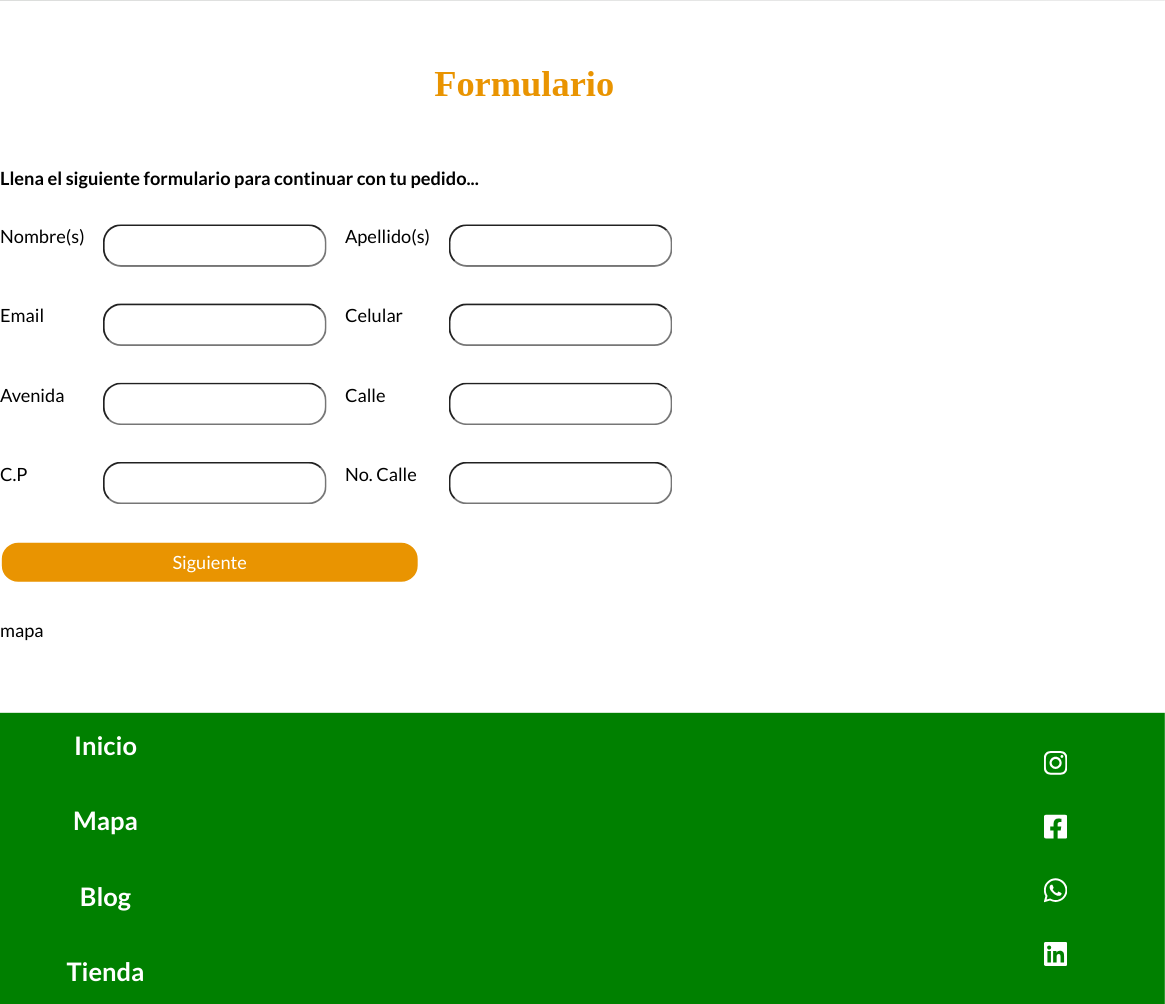
Repository: CarlosCamposRodriguez99/cv-beta-frontend
Page: /mapa
These files come from the project's save history. The page is drawn as it stood at one moment and after the next save; the edit follows.
The browser window is 1280 px wide. The pictures show the part of the page from y = 219 to 1322 px (the page is 1322 px tall before and 1282 px after), at 91% of full size.
Some web fonts or font styles are not loaded; a fallback is used. The project was rebuilt for these pictures with package versions that can differ from the ones it lists, and the page was loaded fresh each time. The framework's server and built-in components were replaced by stand-ins that run in the browser. Also part of the build but not shown: next.config.js.

Above is the page before, as saved 2022-05-06 18:19:13.

### pages/_app.js
import { useState, useEffect } from 'react';
import '../styles/normalize.css';
import '../styles/globals.css';

function MyApp({ Component, pageProps }) {

  const [carrito, setCarrito] = useState([]);

  useEffect(() => {
    const carritoLS = JSON.parse(localStorage.getItem('carrito')) ?? [];
    setCarrito(carritoLS);

  }, [])

  useEffect(() => {
    localStorage.setItem("carrito", JSON.stringify(carrito));

  }, [carrito])

  const agregarCarrito = (producto) => {
    if(carrito.some((articulo) => articulo.id === producto.id)) {
      const carritoActualizado = carrito.map( articulo => {
        if(articulo.id === producto.id) {
          articulo.cantidad = producto.cantidad
        }
        return articulo;
      });

      setCarrito(carritoActualizado);
    } else {
      setCarrito([...carrito, producto]);
    }
  };

  const actualizarCantidad = (producto) => {
    const carritoActualizado = carrito.map((articulo) => {
      if(articulo.id === producto.id) {
        articulo.cantidad = producto.cantidad
      }
      return articulo;
    });

    setCarrito(carritoActualizado);
  };

  const eliminarProducto = id => {
    const carritoActualizado = carrito.filter( articulo => articulo.id !== id)
    setCarrito(carritoActualizado);
  }


  return <Component {...pageProps}
    carrito={carrito}
    agregarCarrito={agregarCarrito}
    actualizarCantidad={actualizarCantidad}
    eliminarProducto={eliminarProducto}

  />
}

export default MyApp

### pages/mapa.js
import Layout from '../components/Layout';
import styles from '../styles/Mapa.module.css';

const Mapa = () => {
  return (
    <Layout
      pagina='Mapa'
    >
      <div className={styles.head}>
        <h2 className={styles.titulo}>Formulario</h2>
        <p className={styles.descripcion}>Llena el siguiente formulario para continuar con tu pedido...</p>
        <form>
          <div className={styles.contenido}>
            <label
              className="block uppercase text-slate-800 font-bold text-xl"
              htmlFor="nombre"
            >Nombre(s) </label>

              <input
                type="text"
                id="nombre"
                className={styles.borde}
              />

            <label
              className="block uppercase text-slate-800 font-bold text-xl"
              htmlFor="apellido"
            >Apellido(s) </label>

              <input
                type="text"
                id="apellido"
                className={styles.borde}
              />

            <label
              className="block uppercase text-slate-800 font-bold text-xl"
              htmlFor="email"
            >Email </label>

              <input
                type="text"
                id="email"
                className={styles.borde}
              />

            <label
              className="block uppercase text-slate-600 font-bold text-xl"
              htmlFor="celular"
            >Celular </label>

              <input
                type="text"
                id="celular"
                className={styles.borde}
              />

            <label
              className="block uppercase text-slate-600 font-bold text-xl"
              htmlFor="avenida"
            >Avenida</label>

              <input
                type="text"
                id="avenida"
                className={styles.borde}
              />

            <label
              className="block uppercase text-slate-600 font-bold text-xl"
              htmlFor="calle"
            >Calle </label>

              <input
                type="text"
                id="calle"
                className={styles.borde}
              />

            <label
              className="block uppercase text-slate-600 font-bold text-xl"
              htmlFor="codigoPostal"
            >C.P </label>

              <input
                type="text"
                id="codigoPostal"
                className={styles.borde}
              />

            <label
              className="block uppercase text-slate-600 font-bold text-xl"
              htmlFor="numeroCalle"
            >No. Calle </label>

              <input
                type="text"
                id="numeroCalle"
                className={styles.borde}
              />
          </div>
        </form>


        <div className={styles.campo}>
          <input
            value="Siguiente"
            className={styles.boton}
            type="submit"

          />
        </div>
      </div>

      <div className={styles.head}>
        <div className={styles.contenido}>
          <p>mapa</p>
        </div>

      </div>



    </Layout>


  )
}

export default Mapa;


// css-border: en input: "bg-gray-200 w-full lg:w-1/3 mt-3 p-2 rounded-md"

### styles/globals.css
@import url('https://fonts.googleapis.com/css2?family=Lato:ital,wght@0,700;1,400&family=Roboto+Slab:wght@400;700&display=swap');
@import url('https://fonts.googleapis.com/css2?family=Lato:wght@400;700;900&family=Libre+Bodoni:ital,wght@1,600;1,700&display=swap');

:root {
  --primary: #e99401;
  --negro: #262626;
  --verde: #008000;
  --blanco: #FFF;
  --fuente-principal: 'Outfit', sans-serif;
}
html {
  font-size: 62.5%;
  box-sizing: border-box;
}

@media(max-width:1200px) {
  html {
    display: flex;
    flex: 1;
  }
}
/*IPAD*/
@media(max-width:820px) {
  .html {
    display: flex;
  }
}
/*IPHONE 7 8 */
@media(min-width:300px) {
  .html {
    display: flex;
    flex: 1;
  }
}

*, *:before, *:after {
  box-sizing: inherit;
}
body {
  font-size: 2rem;
  font-family: 'Lato', sans-serif;
  line-height: 1.1;
}
img {
  max-width: 100%;
}
h1, h2, h3 {
  font-family: 'Lato', sans-serif;
  font-weight: 700;
}
[class*="contenedor"] {
  max-width: 120rem;
  margin: 0 auto;
  width: 90%;
}


[class*="heading"] {
  font-family: 'Libre Bodoni', serif; /* */
  font-size: 4rem;
  text-align: center;
  font-weight: 900;
  color: var(--primary);
  margin: 5rem 0;
}

### components/Layout.js
import Head from 'next/head'
import Header from './Header';
import Footer from './Footer';

const Layout = ({children, pagina, guitarra}) => {
  return (
    <div>
      <Head>
        <title>Plantas Tienda- {pagina}</title>
        <meta name="description" content="Sitio web de venta de plantas"/>
      </Head>

      <Header
        guitarra={guitarra}
      />

      {children}

      <Footer />

    </div>
  )
}

Layout.defaultProps = {
  guitarra: null
}

export default Layout;

### styles/Mapa.module.css
.titulo {
  font-family: 'Libre Bodoni', serif; /* */
  font-size: 4rem;
  text-align: center;
  font-weight: 900;
  color: var(--primary);
  margin: 5rem 0;
}

.descripcion {
  font-size: 2rem;
  font-weight: 700;
}

@media(min-width: 300px) {
  .descripcion {
    text-align: left;
  }
}

@media(min-width: 1200px) {
  .descripcion {
    text-align: left;
  }
}

.head {
  max-width: 120rem;
  margin: 2rem 2rem 0 0;
  width: 90%;
  display: grid;
}

.campo {
  width: 50%;
}

@media(min-width: 300px) {
  .campo {
    width: 100%;
    justify-content: center;
  }
}

@media(min-width: 1200px) {
  .campo {
    width: 40%;
  }
}

.boton {
  background-color: var(--primary);
  border: 2px solid #FFF;
  width: 100%;
  cursor: pointer;
  color: var(--blanco);
  justify-content: center;
  margin-top: 4rem;
  padding: 1rem;
  border-radius: 2rem;
  -webkit-border-radius: 2rem;
  -moz-border-radius: 2rem;
  -ms-border-radius: 2rem;
  -o-border-radius: 2rem;
}

.boton:hover {
  background-color: var(--negro);
  color: var(--blanco);
}

.borde {
  background-color: var(--blanco);
  margin-top: 2rem;
  padding: 1rem;
  border-radius: 2rem;
  -webkit-border-radius: 2rem;
  -moz-border-radius: 2rem;
  -ms-border-radius: 2rem;
  -o-border-radius: 2rem;
}

.contenido {
  display: grid;
  gap: 4rem;
  width: 50%;
}


/*aqui el mapa perro */
.campomapa {
    gap: 4rem;
    display: grid;
    align-items: center;
    width: 100%;
}


@media(min-width: 300px) {
  .contenido {
    gap: 4rem;
    display: grid;
    grid-template-columns: repeat(2, 1fr);
    align-items: center;
  }
}

@media(min-width: 820px) {
  .contenido {
    gap: 2rem;
    display: grid;
    width: 30%;
  }
}

@media(min-width:1200px) {
  .contenido {
    grid-template-columns: repeat(4, 1fr);
    align-items: center;
  }
}

### components/Header.js
import Link from 'next/link'
import Image from 'next/image'
import { useRouter } from 'next/router'
import styles from "../styles/Header.module.css"

const Header = ({guitarra}) => {
  const router = useRouter()
  return (
      <header className={styles.header}>
      <div className="contenedor">
        <div className={styles.barra}>
          <Link href="/">
            <a><Image
              width={100}
              height={100}
              src="/img/logo.png"
              layout='fixed'
              alt="Imagen logo" />
            </a>
          </Link>


          <nav className={styles.navegacion}>
            <Link href="/">Inicio</Link>
            <Link href="/mapa">Mapa</Link>
            <Link href="/blog">Blog</Link>
            <Link href="/tienda">Tienda</Link>
            <Link href="/carrito">
              <a>
                <Image layout="fixed" width={30} height={25} src="/img/carrito.png" alt="Imagen carrito"/>
              </a>
            </Link>
          </nav>
        </div>

        {guitarra && (
          <div className={styles.modelo}>
            <h1>Promoción Especial</h1>
            <p>{guitarra.descripcion}</p>
            <p className={styles.precio}>${guitarra.precio}</p>
            <Link href={`/guitarras/${guitarra.url}`}>
              <a className={styles.enlace}>
                  Ver Producto
              </a>
            </Link>
          </div>
        )}
      </div>

      {router.pathname === '/' && (
        <div className={styles.guitarra}>
          <Image layout='fixed' width={500} height={1200} src='/img/' alt='imagen planta header' />
        </div>
      )}


      </header>
  )
}

export default Header;

### components/Footer.js
import Link from 'next/link'
import styles from '../styles/Footer.module.css'

const Footer = () => {

  const year = new Date().getFullYear();

  return (
    <footer className={styles.footer}>
      <div className={`contenedor ${styles.contenido}`}>
          <nav className={styles.navegacion}>
            <Link href="/">Inicio</Link>
            <Link href="/mapa">Mapa</Link>
            <Link href="/blog">Blog</Link>
            <Link href="/tienda">Tienda</Link>
          </nav>


          <ul className={styles.ul}>
            <li className={styles.list}>
              <a
                className={styles.iconoInsta}
                href="https://www.instagram.com/"
              ></a>
              <a
                className={styles.iconoFace}
                href="https://www.facebook.com/"
              ></a>
              <a
                className={styles.iconoWhats}
                href="https://web.whatsapp.com/"
              ></a>
              <a
                className={styles.iconoLinke}
              ></a>
            </li>
          </ul>

      </div>
    </footer>
  )
}

export default Footer;

### styles/Header.module.css
.header {
  background-image: linear-gradient(to right, rgba(10, 20, 10, 0.7), rgba(10, 10, 10, 0.4)), url(../public/img/background3.jpg);
  background-size: cover;
  background-position: 50%;
  padding: 5rem 0;
  position: relative;
}

/*IPAD*/
@media(max-width:820px) {
  .html {
    flex: 1;
  }
}
/*IPHONE 6,7,8*/
@media(min-width:300px) {
  .html {
    display: flex;
    flex: 1;
  }
}

.barra {
  display: flex;
  flex-direction: column;
  align-items: center;
}
@media(min-width:400px) {
  .barra {
    margin-right: 6rem 3rem;
  }
}
@media(min-width:768px) {
  .barra {
    flex-direction: row;
    justify-content: space-between;
  }
}
.navegacion {
  margin-top: 5rem;
  display: flex;
  gap: 4rem;
  position: relative;
  z-index: 1;
}
@media(min-width:768px) {
  .navegacion {
    margin-top: 0;
  }
}
@media(min-width:300px) {
  .navegacion {
    margin: 4rem 0;
    gap: 1.6rem;
  }
}
.navegacion a {
  color: var(--blanco);
  text-decoration: none;
  font-size: 1.8rem;
  font-weight: 700;
  text-transform: uppercase;
  padding: .5rem;
  transition-property: background-color;
  transition-duration: .8s;
}
.navegacion a:hover {
  background-color: var(--primary);
}
.modelo {
  color: var(--blanco);
  margin-top: 5.2rem;
  text-align: center;
}
@media(min-width:768px) {
  .modelo {
    text-align: left;
    width: 50%;
  }
}

.modelo h1 {
  font-size: 5rem;
  font-weight: 600;
  color: var(--blanco);
  font-family: 'Libre Bodoni', serif;
}

.modelo p:first-of-type {
  display: -webkit-box;
  -webkit-box-orient: vertical;
  -webkit-line-clamp: 3;
  overflow: hidden;
  font-size: 2.2rem;
}
.precio {
  font-size: 6rem;
  color: var(--primary);
  font-weight: 900;
  line-height: 0;
}
.enlace {
  margin-top: 2rem;
  text-decoration: none;
  text-align: center;
  text-transform: uppercase;
  font-size: 1.2rem;
  font-weight: 900;
  color: var(--blanco);
  border: 2px solid var(--primary);
  padding: 1rem 5rem;
  transition-property: background-color;
  transition-duration: .5s;
}
.enlace:hover {
  background-color: var(--primary);
  color: var(--blanco);
}
.guitarra {
  display: none;
}
@media(min-width:992px) {
  .guitarra {
    display: block;
    position: absolute;
    right: 0;
    bottom: -10px;
    animation-name: mostrarImagen;
    animation-duration: 1s;
    animation-iteration-count: 2;
    animation-delay: 0s;
    animation-timing-function: ease-in-out;
  }
}

@keyframes mostrarImagen {
  0% {
    opacity: 0;
    transform: translateX(-10rem);
}
  50% {
    opacity: 0;
  }

  100% {
    opacity: 1;
    transform: translateX(0);
  }
}

### styles/Footer.module.css
.footer {
  background-color: var(--verde);
  padding: 2rem 1rem;
  margin-top: 6rem;
  display: flex;
}
@media(min-width:768px) {
  .contenido {
    display: flex;
    justify-content: space-between;
    gap: 4rem;
  }
}

.navegacion {
  display: flex;
  flex-direction: row;
  align-items: center;
}

@media(min-width: 768px) {
  .navegacion {
    flex-direction: row;
    gap: 6rem;
    justify-content: space-between;
  }
}
@media(min-width: 1200px) {
  .navegacion {
    display: flex;
    flex-direction: row;
    gap: 4rem;
  }
}
@media(min-width:640px) {
  .navegacion {
    flex-direction: column;
    gap: 2rem;
  }
}
@media(min-width:300px) {
  .navegacion {
    flex-direction: column;
    gap: 4rem;
  }
}
.navegacion a {
  text-decoration: none;
  font-size: 2.8rem;
  color: var(--blanco);
  font-weight: 700;
}

.navegacion a:hover {
  color: var(--primary);
}

.copyright {
  display: flex;
  flex-direction: row;
  align-items: center;
  color: var(--blanco);
  text-align: center;
  font-size: 2.5rem;
  font-weight: 500;
}
@media(min-width:1200px) {
  .copyright {
    flex-direction: column;
    align-items: center;
    text-align: center;
    font-size: 1em;
    font-weight: 100;
  }
}
@media(min-width:640px) {
  .copyright {
    flex-direction: column;
    align-items: center;
    text-align: center;
    font-size: 1em;
    font-weight: 100;
  }
}
.list {
  display: flex;
  gap: 4rem;
  flex-direction: column;
  align-items: center;
}
@media(min-width:1200px) {
  .list {
    flex-direction: column;
  }
}

.iconoInsta {
  background-image: url("../public/img/instagram-brands.svg");
  padding: 3rem;
  cursor: pointer;
  padding-bottom: 0;
  background-repeat: no-repeat;
}
.iconoFace {
  background-image: url("../public/img/facebook-square-brands.svg");
  padding: 3rem;
  cursor: pointer;
  padding-bottom: 0;
  background-repeat: no-repeat;
}
.iconoWhats {
  background-image: url("../public/img/whatsapp-brands.svg");
  padding: 3rem;
  cursor: pointer;
  padding-bottom: 0;
  background-repeat: no-repeat;
}
.iconoLinke {
  background-image: url("../public/img/linkedin-brands.svg");
  padding: 3rem;
  cursor: pointer;
  padding-bottom: 0;
  background-repeat: no-repeat;
}

Loaded but not shown: styles/normalize.css (library)

After the next save:
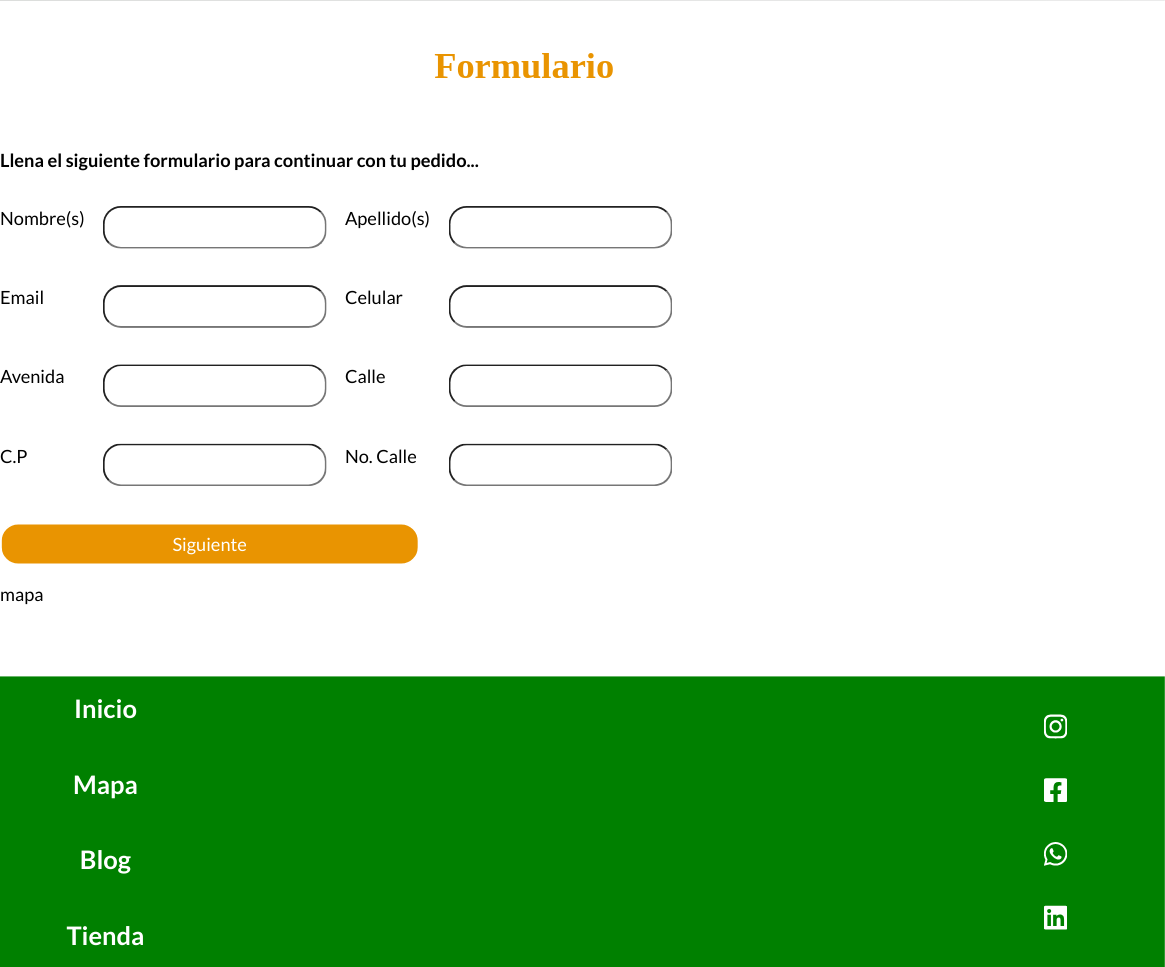
Saved 9 s later.
--- a/styles/Mapa.module.css
+++ b/styles/Mapa.module.css
@@ -26,7 +26,7 @@
 
 .head {
   max-width: 120rem;
-  margin: 2rem 2rem 0 0;
+  margin: 0;
   width: 90%;
   display: grid;
 }
